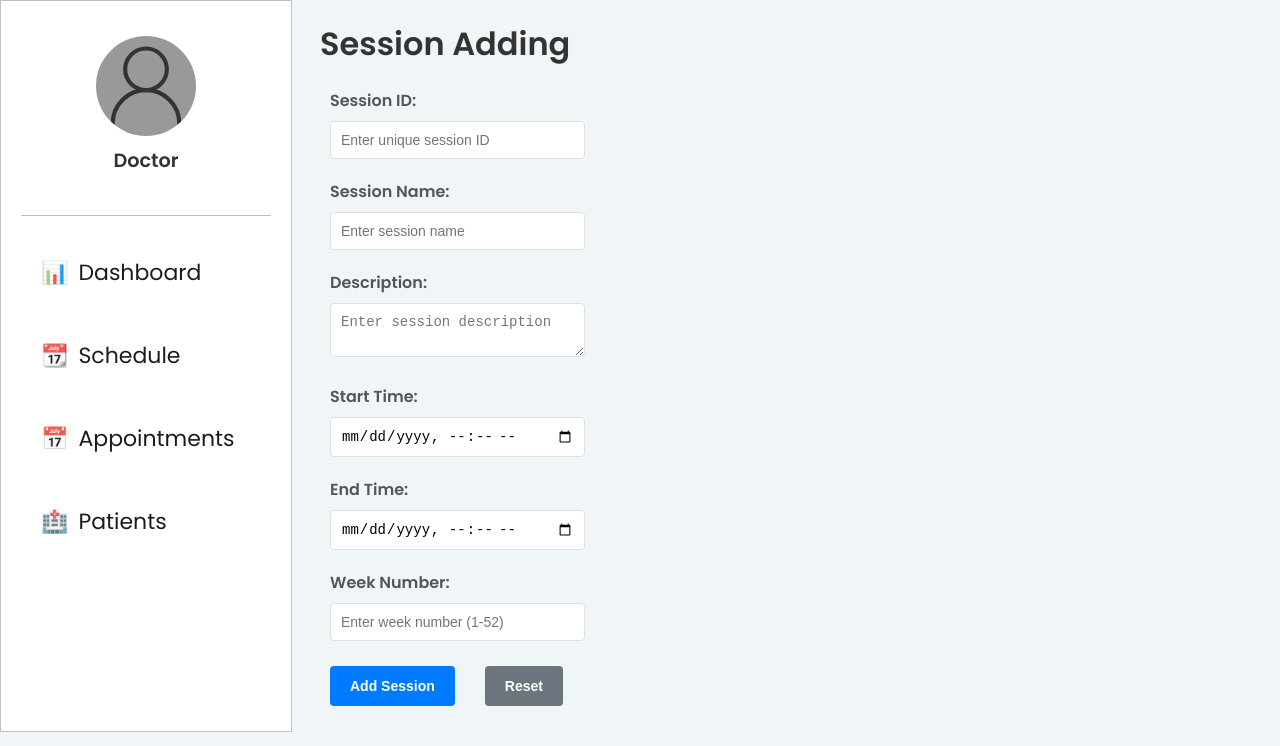
Repository: AriaFantom/Minor-Project
Page: http://localhost/Project/dashboard/doctor/schedule/create.jsp
An editor plug-in stored every save of this project. The page is shown before and after the next save, followed by the edit.
The browser window is 1280 px wide. The pictures show the whole page.
Some web fonts or font styles are not loaded; a fallback is used. The page is served by Tomcat 10. Other server files are loaded and not shown.

Above is the page before, as saved 2024-12-12 18:28:28.

### Project/src/main/webapp/dashboard/doctor/schedule/create.jsp
<%@ page language="java" contentType="text/html; charset=UTF-8"
    pageEncoding="UTF-8"%>
<!DOCTYPE html>
<html lang="en">
<head>
    <meta charset="UTF-8">
    <title>Title</title>
    <link rel="stylesheet" href="../../../css/doctor-panel.css">
</head>
<body>
<aside class="side-bar">
    <div class="user-info">
        <svg xmlns="http://www.w3.org/2000/svg" width="24" height="24" viewBox="0 0 24 24" fill="none"
             stroke="currentColor"
             stroke-width="1" stroke-linecap="round" stroke-linejoin="round" class="user-avatar">
            <circle cx="12" cy="8" r="5"/>
            <path d="M20 21a8 8 0 0 0-16 0"/>
        </svg>
        <p>Doctor</p>
    </div>
    <ul class="siderbar-navlinks">
        <li>
            <a href="panel.jsp">
                <div class="icon">📊</div>
                Dashboard
            </a>
        </li>
        <li>
            <a href="schedule.jsp">
                <div class="icon">📆</div>
                Schedule
            </a>
        </li>
        <li>
            <a href="appointments.jsp">
                <div class="icon">📅</div>
                Appointments
            </a>
        </li>
        <li>
            <a href="patients.jsp">
                <div class="icon">🏥</div>
                Patients
            </a>
        </li>
    </ul>
</aside>
<main>
    <div class="top-heading">
        <h4 class="panel-heading">Session Adding</h4>
    </div>
    <div class="container">
        <form action="AddSessionServlet" method="post" class="session-form" onsubmit="return validateForm()">
        <input type="hidden" name="doctor_id" value="${sessionScope.doctorId}">

        <div class="form-group">
            <label for="id">Session ID:</label>
            <input type="text" id="id" name="id" required
                   pattern="[A-Za-z0-9]+"
                   title="Session ID must contain only letters and numbers"
                   placeholder="Enter unique session ID">
        </div>

        <div class="form-group">
            <label for="name">Session Name:</label>
            <input type="text" id="name" name="name" required
                   maxlength="100"
                   placeholder="Enter session name">
        </div>

        <div class="form-group">
            <label for="description">Description:</label>
            <textarea id="description" name="description"
                      maxlength="500"
                      placeholder="Enter session description"></textarea>
        </div>

        <div class="form-group">
            <label for="start_time">Start Time:</label>
            <input type="datetime-local" id="start_time" name="start_time" required>
        </div>

        <div class="form-group">
            <label for="end_time">End Time:</label>
            <input type="datetime-local" id="end_time" name="end_time" required>
        </div>

        <div class="form-group">
            <label for="week">Week Number:</label>
            <input type="number" id="week" name="week"
                   min="1" max="52"
                   required
                   placeholder="Enter week number (1-52)">
        </div>

        <div class="form-actions">
            <button type="submit" class="btn btn-primary">Add Session</button>
            <button type="reset" class="btn btn-secondary">Reset</button>
        </div>
    </form>
    </div>
</main>
</body>
</html>

### Project/src/main/webapp/css/doctor-panel.css
@import url('https://fonts.googleapis.com/css2?family=DM+Serif+Text:ital@0;1&family=PT+Sans:ital,wght@0,400;0,700;1,400;1,700&family=Poppins:ital,wght@0,100;0,200;0,300;0,400;0,500;0,600;0,700;0,800;0,900;1,100;1,200;1,300;1,400;1,500;1,600;1,700;1,800;1,900&family=Ubuntu:ital,wght@0,300;0,400;0,500;0,700;1,300;1,400;1,500;1,700&display=swap');

* {
    margin: 0;
    padding: 0;
}

body {
    background-color: #f0f6f8;
}



.side-bar {
    background: #fff;
    font-family: "Poppins", sans-serif;
    position: fixed;
    padding: 5px 20px;
    top: 0;
    left: 0;
    width: 250px;
    height: 100%;
    border: 1px solid rgba(51, 51, 51, 0.3);
    transition: 0.5s;
}

.user-info {
    display: flex;
    flex-direction: column;
    justify-content: center;
    align-items: center;
    padding: 30px 0px;
    border-bottom: 1px solid rgba(51, 51, 51, 0.3);
}

.user-avatar {
    width: 100px;
    height: 100px;
    border-radius: 50%;
    color: #333333;
    background: #999999;
}

.user-info p {
    margin: 10px 0;
    font-size: 1.2rem;
    font-weight: 600;
    color: #333333;
}

/* Nav Links */

.siderbar-navlinks {
    display: flex;
    flex-direction: column;
    gap: 10px;
    margin-top: 20px;
    list-style: none;
}

.side-bar li,
.side-bar a {
    text-decoration: none;
    font-size: 22px;
    display: flex;
    color: rgba(0, 0, 0, 0.89);
    gap: 10px;
    align-items: center;
    cursor: pointer;
    padding: 10px;
    transition: 0.5s;
}

.side-bar li:hover {
    background: #96c2c2;
    border-radius: 5px;
}

main {
    font-family: "Poppins", sans-serif;
    margin-left: 300px;
    padding: 20px;

}
.top-heading {
    display: flex;
    flex-direction: row;
    justify-content: space-between;
    margin-bottom: 20px;
}
.add-button {
    background-color: #3d8182;
    color: white;
    padding: 10px 20px;
    border-radius: 5px;
    font-size: 1.2rem;
    font-weight: 600;
    cursor: pointer;
    transition: 0.5s;
    border: none;
}
.panel-heading {
    font-size: 2rem;
    font-weight: 600;
    color: #333333;
}

.stats-container {
    display: grid;
    grid-template-columns: repeat(4, 1fr);
    gap: 20px;

    width: 100%;
}

.stats-card {
    background-color: white;
    border-radius: 12px;
    box-shadow: 0 8px 20px rgba(0, 0, 0, 0.08);
    padding: 25px;
    text-align: center;
    transition: all 0.3s ease;
    position: relative;
    overflow: hidden;
}

.stats-card:hover {
    transform: translateY(-10px);
    box-shadow: 0 12px 25px rgba(0, 0, 0, 0.12);
}

.stats-icon {
    font-size: 45px;
    margin-bottom: 15px;
    opacity: 0.7;
}

.stats-number {
    font-size: 36px;
    font-weight: bold;
    color: #2c3e50;
    margin-bottom: 10px;
}

.stats-label {
    font-size: 14px;
    color: #7f8c8d;
    text-transform: uppercase;
    letter-spacing: 1px;
}
/* All the tables in the main section */
.container {
    margin: 20px 10px;
    display: flex;
    gap: 40px;
    justify-content: space-between;
}

.appointment-table {
    width: 100%;
    border-collapse: collapse;
    background-color: #fff;
    border-radius: 10px;
    box-shadow: 0 4px 6px rgba(0, 0, 0, 0.1);
    overflow: hidden;
}

.appointment-table caption {
    font-size: 1.5em;
    font-weight: bold;
    padding: 10px;
    text-align: center;
    background-color: #f1f1f1;
    border-bottom: 2px solid #ddd;
}

.appointment-table th, .appointment-table td {

    padding: 12px 18px;
    text-align: center;
    border-bottom: 1px solid #ddd;
}

.appointment-table th {
    background-color: #f8f9fa;
    color: #555;
}

.appointment-table tr:hover {
    background-color: #f1f1f1;
}

.appointment-table td {
    font-size: 1em;
}
.edit-button {
    background-color: #3d826d;
    color: white;
    padding: 10px 15px;
    border-radius: 5px;
    font-size: 1.2rem;
    font-weight: 600;
    cursor: pointer;
    transition: 0.5s;
    border: none;
}

.delete-button {
    background-color: #823d3d;
    color: white;
    padding: 10px 15px;
    border-radius: 5px;
    font-size: 1.2rem;
    font-weight: 600;
    cursor: pointer;
    transition: 0.5s;
    border: none;
}



.session-form-container {
    background-color: #ffffff;
    border-radius: 8px;
    box-shadow: 0 4px 6px rgba(0, 0, 0, 0.1);
    padding: 30px;
    max-width: 600px;
    margin: 20px auto;
    border: 1px solid #e0e0e0;
}

.session-form .form-group {
    margin-bottom: 20px;
}

.session-form label {
    display: block;
    margin-bottom: 8px;
    font-weight: 600;
    color: #555;
}

.session-form input,
.session-form textarea {
    width: 100%;
    padding: 10px;
    border: 1px solid #e0e0e0;
    border-radius: 4px;
    font-size: 14px;
    transition: border-color 0.3s ease;
}

.session-form input:focus,
.session-form textarea:focus {
    outline: none;
    border-color: #007bff;
    box-shadow: 0 0 5px rgba(0, 123, 255, 0.2);
}

.form-actions {
    display: flex;
    justify-content: space-between;
    margin-top: 25px;
}

.btn {
    padding: 12px 20px;
    border: none;
    border-radius: 4px;
    font-size: 14px;
    font-weight: 600;
    cursor: pointer;
    transition: background-color 0.3s ease;
}

.btn-primary {
    background-color: #007bff;
    color: white;
}

.btn-primary:hover {
    background-color: #0056b3;
}

.btn-secondary {
    background-color: #6c757d;
    color: white;
}

.btn-secondary:hover {
    background-color: #545b62;
}

.session-form .form-group select {
    width: 100%;
    padding: 10px;
    border: 1px solid #e0e0e0;
    border-radius: 4px;
    background-color: white;
    font-size: 14px;
    appearance: none;
    -webkit-appearance: none;
    -moz-appearance: none;
    background-image: url("data:[embedded picture, 260 characters]");
    background-repeat: no-repeat;
    background-position: right 10px center;
}

.session-form .form-group select:focus {
    outline: none;
    border-color: #007bff;
    box-shadow: 0 0 5px rgba(0, 123, 255, 0.2);
}

.session-form .form-group select:invalid {
    color: #999;
}

.session-form .form-group select option {
    background-color: white;
    color: #333;
}

.session-form .form-group select option:first-child {
    color: #999;
}
.alert {
            padding: 15px;
            margin: 20px auto;
            border-radius: 4px;
            width: 95%;
            font-size: 16px;
            text-align: center;
}
.alert-success {
            color: #155724;
            background-color: #d4edda;
            border: 1px solid #c3e6cb;
}
.alert-danger {
            color: #721c24;
            background-color: #f8d7da;
            border: 1px solid #f5c6cb;
 }
.errordiv {
	display: flex;
	flex-direction: column;
	align-items:center;
	justify-content:center;
	background-color: #96c2c2;
	height: 100vh;
	width: 100%;
	font-family: "Poppins", sans-serif;
}

.errordiv h1 {
	text-transform: uppercase;
}

After the next save:
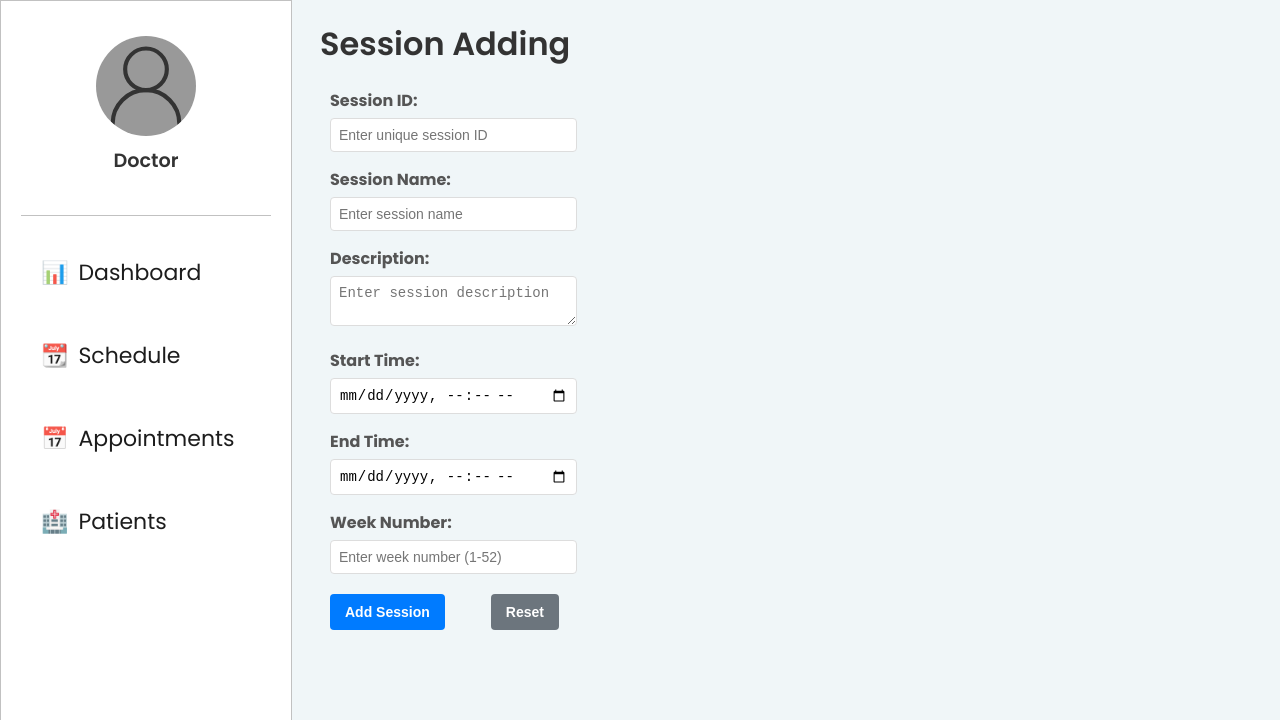
Saved 77 s later.
--- a/Project/src/main/webapp/dashboard/doctor/schedule/create.jsp
+++ b/Project/src/main/webapp/dashboard/doctor/schedule/create.jsp
@@ -6,6 +6,57 @@
     <meta charset="UTF-8">
     <title>Title</title>
     <link rel="stylesheet" href="../../../css/doctor-panel.css">
+    <style>
+.session-form-container {
+    max-width: 500px;
+    margin: 20px auto;
+    padding: 20px;
+    background-color: #f9f9f9;
+    border-radius: 8px;
+    box-shadow: 0 2px 4px rgba(0,0,0,0.1);
+}
+
+.session-form .form-group {
+    margin-bottom: 15px;
+}
+
+.session-form label {
+    display: block;
+    margin-bottom: 5px;
+    font-weight: bold;
+}
+
+.session-form input,
+.session-form textarea {
+    width: 100%;
+    padding: 8px;
+    border: 1px solid #ddd;
+    border-radius: 4px;
+}
+
+.form-actions {
+    display: flex;
+    justify-content: space-between;
+    margin-top: 20px;
+}
+
+.btn {
+    padding: 10px 15px;
+    border: none;
+    border-radius: 4px;
+    cursor: pointer;
+}
+
+.btn-primary {
+    background-color: #007bff;
+    color: white;
+}
+
+.btn-secondary {
+    background-color: #6c757d;
+    color: white;
+}
+</style>
 </head>
 <body>
 <aside class="side-bar">

After the save that followed:
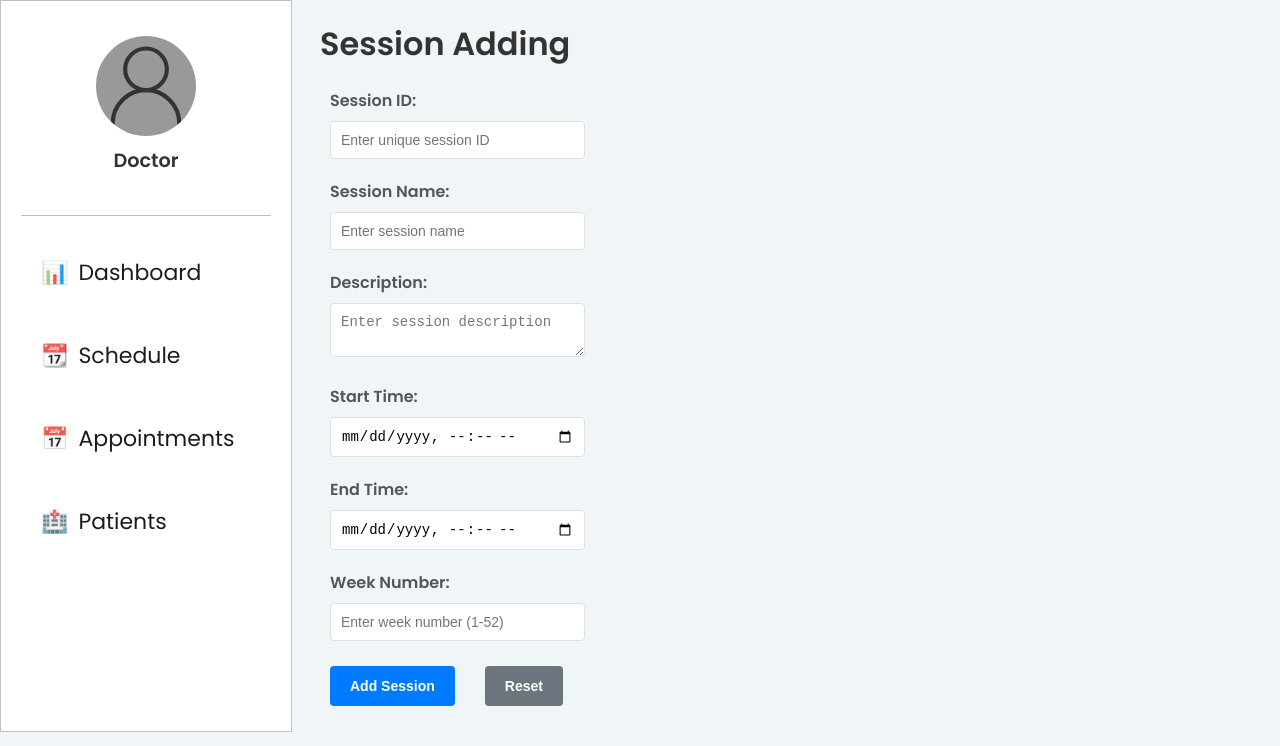
Saved 12 s later.
--- a/Project/src/main/webapp/dashboard/doctor/schedule/create.jsp
+++ b/Project/src/main/webapp/dashboard/doctor/schedule/create.jsp
@@ -6,57 +6,7 @@
     <meta charset="UTF-8">
     <title>Title</title>
     <link rel="stylesheet" href="../../../css/doctor-panel.css">
-    <style>
-.session-form-container {
-    max-width: 500px;
-    margin: 20px auto;
-    padding: 20px;
-    background-color: #f9f9f9;
-    border-radius: 8px;
-    box-shadow: 0 2px 4px rgba(0,0,0,0.1);
-}
 
-.session-form .form-group {
-    margin-bottom: 15px;
-}
-
-.session-form label {
-    display: block;
-    margin-bottom: 5px;
-    font-weight: bold;
-}
-
-.session-form input,
-.session-form textarea {
-    width: 100%;
-    padding: 8px;
-    border: 1px solid #ddd;
-    border-radius: 4px;
-}
-
-.form-actions {
-    display: flex;
-    justify-content: space-between;
-    margin-top: 20px;
-}
-
-.btn {
-    padding: 10px 15px;
-    border: none;
-    border-radius: 4px;
-    cursor: pointer;
-}
-
-.btn-primary {
-    background-color: #007bff;
-    color: white;
-}
-
-.btn-secondary {
-    background-color: #6c757d;
-    color: white;
-}
-</style>
 </head>
 <body>
 <aside class="side-bar">
